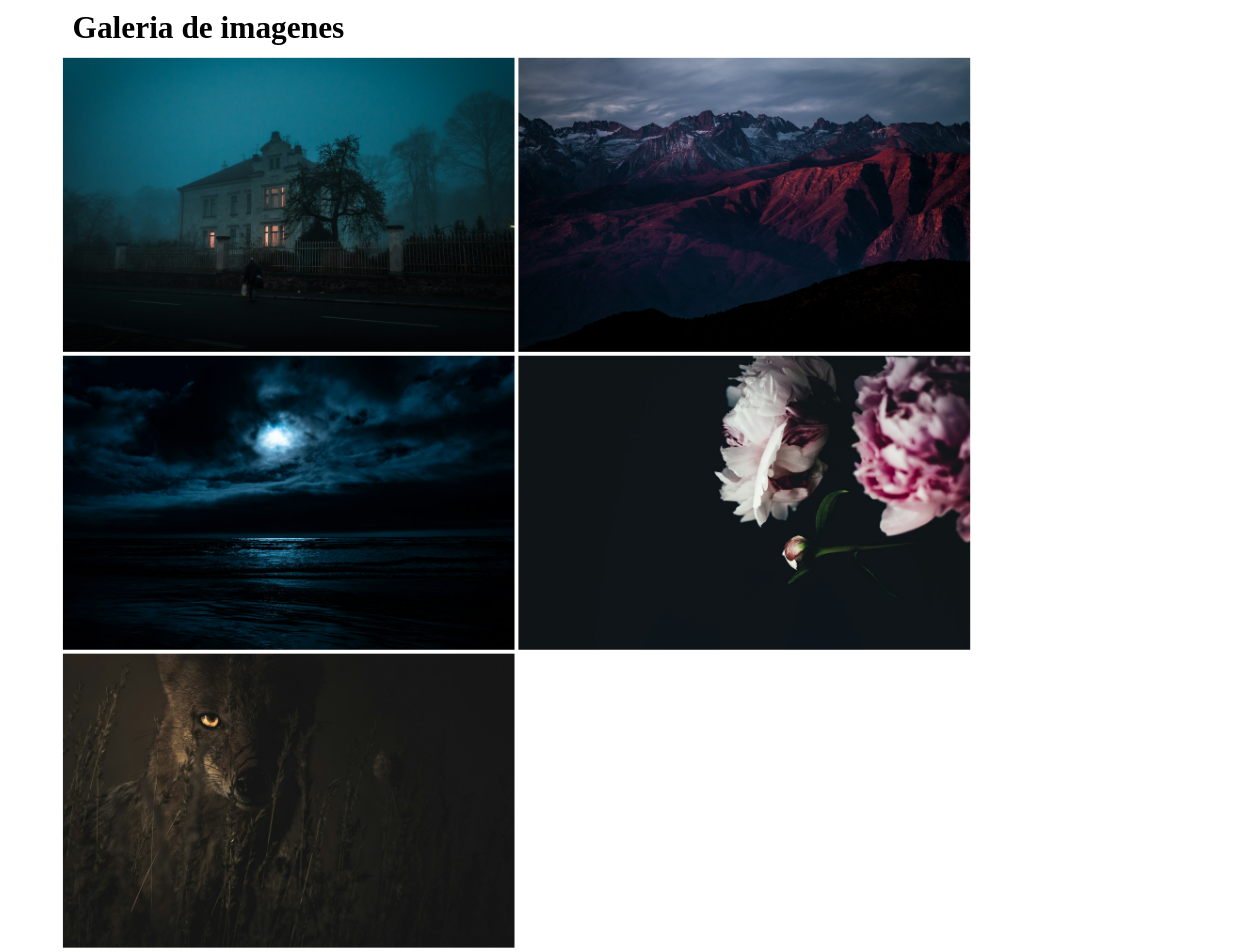
Repository: DamianBermudez94/curso-css3
Page: galeria.html
An editor plug-in stored every save of this project. The page is shown before and after the next save, followed by the edit.
The browser window is 1280 px wide. The pictures show the whole page, at 98% of full size.

Above is the page before, as saved 2024-05-18 13:56:47.

After the next save:
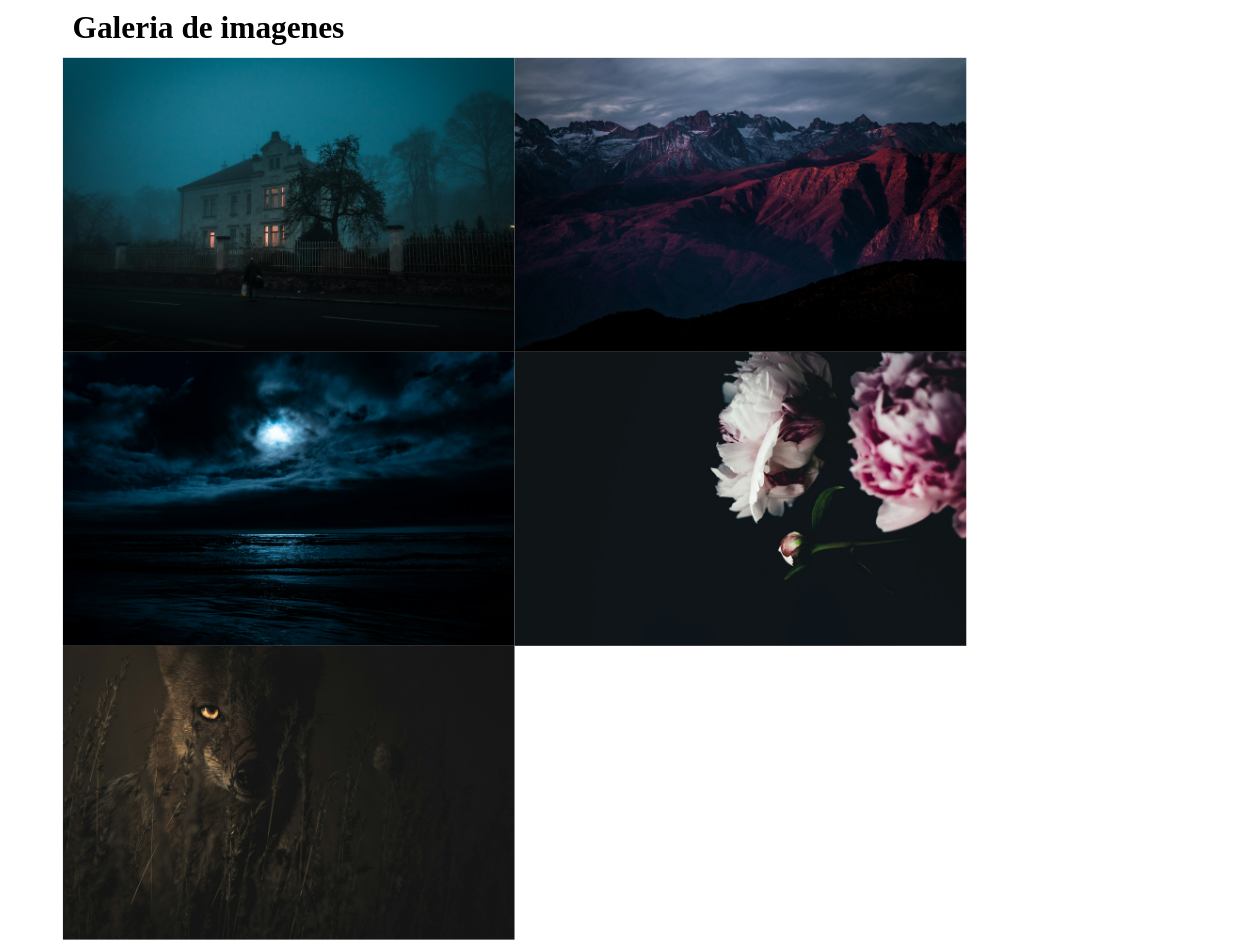
Saved 8 s later.
--- a/listas-e-imagenes/estilos.css
+++ b/listas-e-imagenes/estilos.css
@@ -15,8 +15,7 @@
     margin: 10px;
 }
 .container{
-    width: 100%;
-    margin: 0 auto;
+    font-size: 0;
 }
 .img{
     width: 40%;
